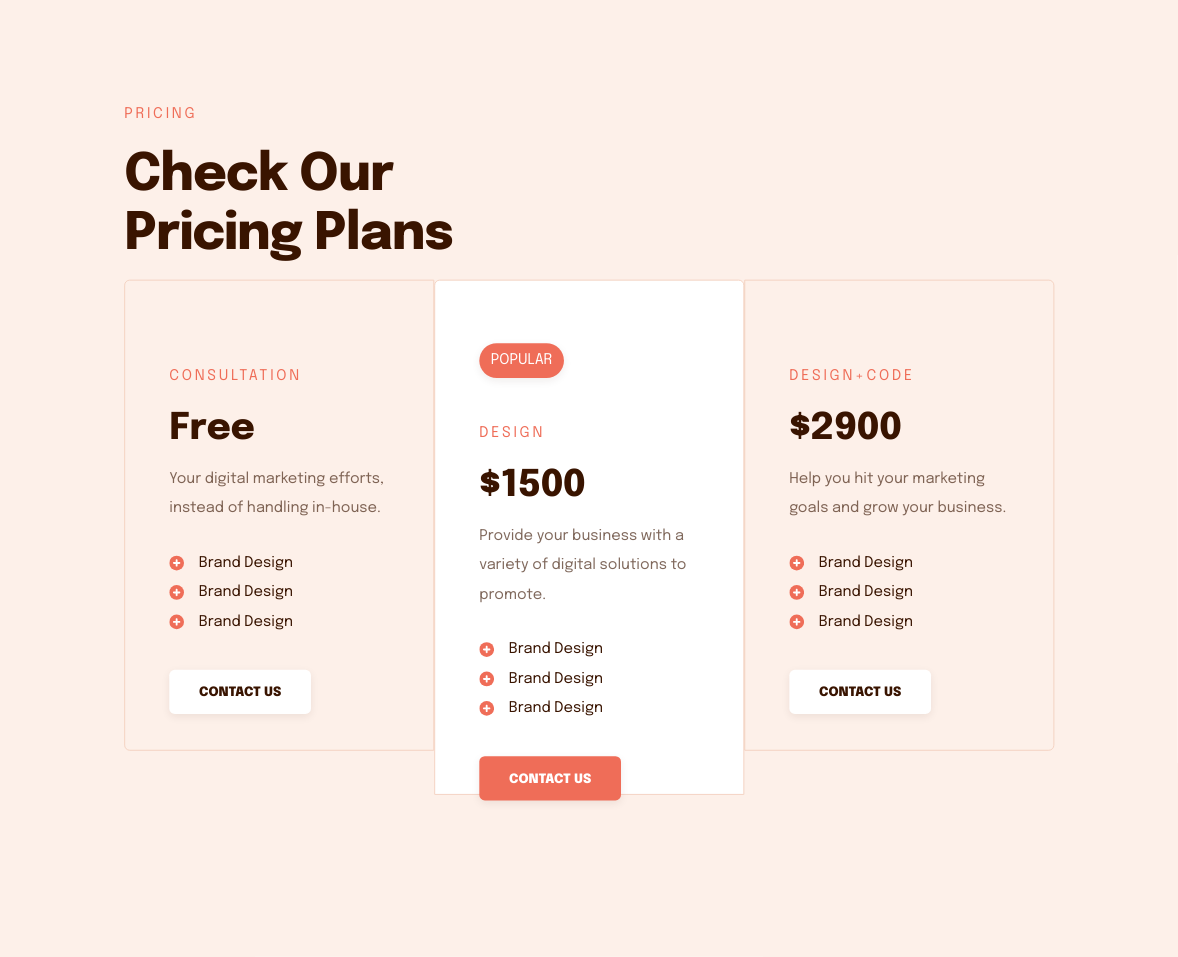
Repository: simralgasimov/pricing
Page: index.html
The author's editor kept a copy of each file at every save. The page is drawn from the files as they stood at one save, then again after a run of saves.
The browser window is 1280 px wide. The pictures show the whole page, at 92% of full size.

Above is the page before, as saved 2023-09-11 13:20:49.

After the next 2 saves:
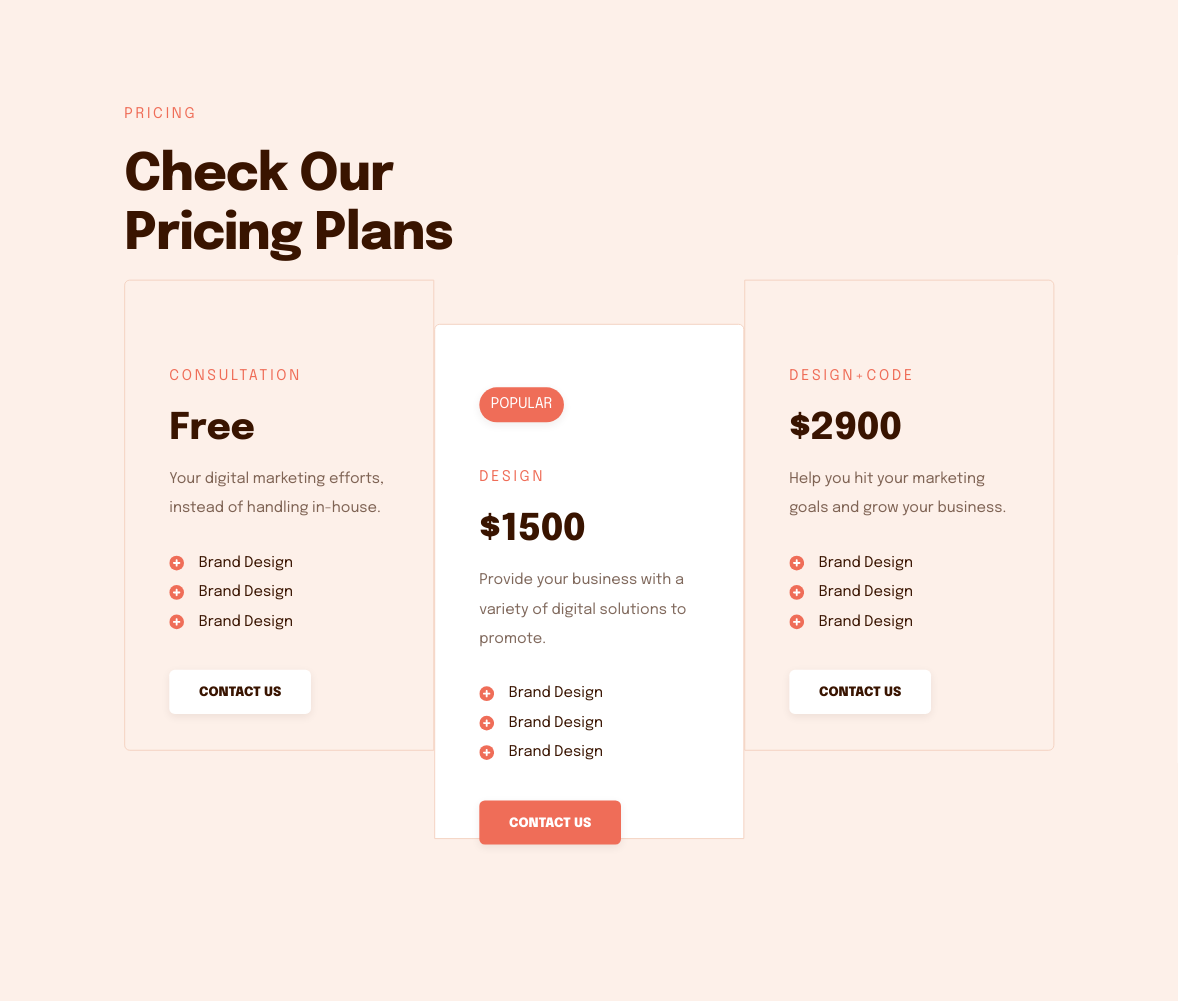
The 2 saves are shown as one change because they came seconds apart.
The last was saved 13 s later.
--- a/index.css
+++ b/index.css
@@ -49,7 +49,7 @@
   height: 560px;
 }
 .container .box-container .box:nth-child(2) {
-margin
+margin-top: 48px;
 }
 .container .box-container .box:nth-child(2) {
   height: 560px;
